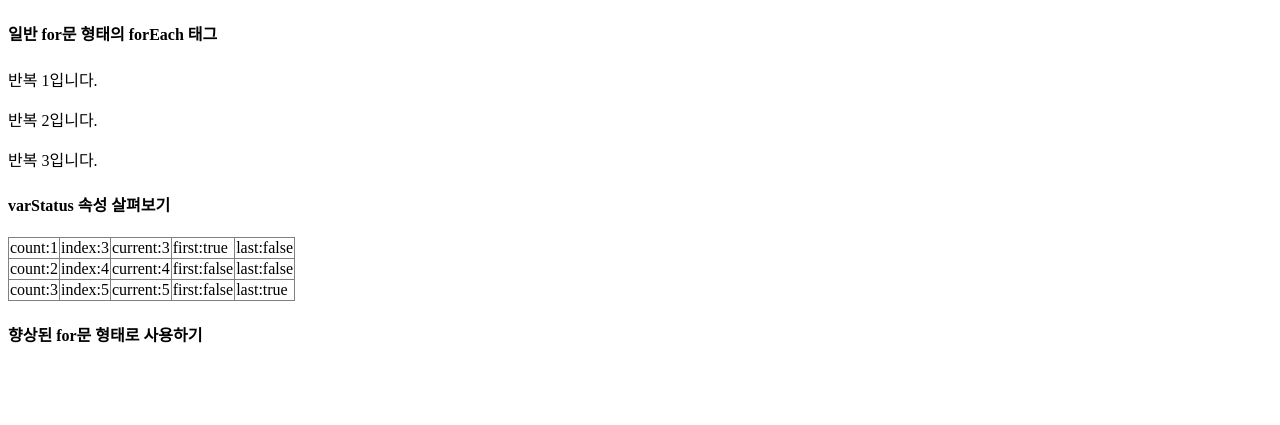
Repository: ahwaboin3/eclipse-workspace-jsp
Page: http://localhost/MustHaveJSP/JSTL/ForEachNormal.jsp
An editor plug-in stored every save of this project. The page is shown before and after the next save, followed by the edit.
The browser window is 1280 px wide. The pictures show the whole page.
The page is served by Tomcat 10.

Above is the page before, as saved 2025-05-23 01:28:19.

After the next save:
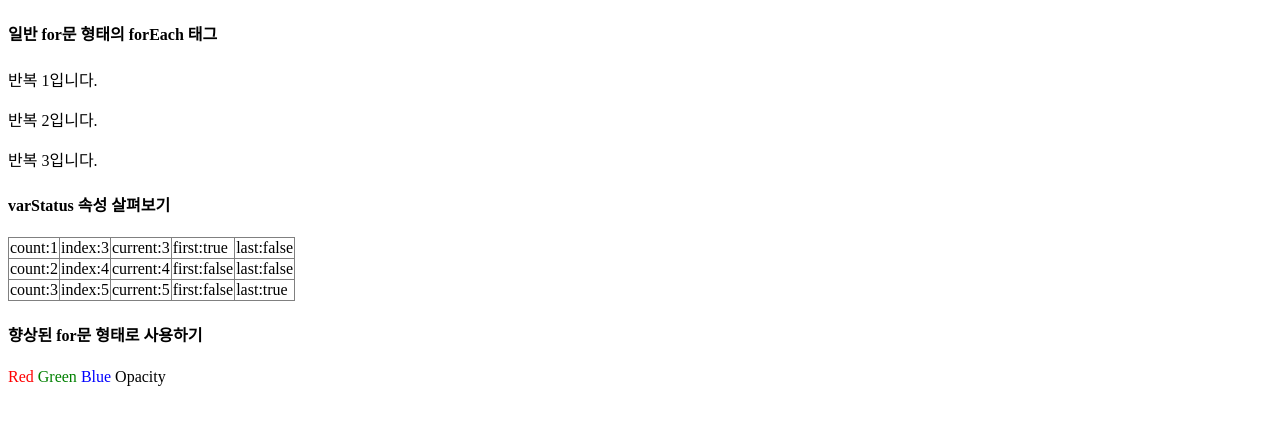
Saved 2 min 54 s later.
--- a/MustHaveJSP/src/main/webapp/JSTL/ForEachNormal.jsp
+++ b/MustHaveJSP/src/main/webapp/JSTL/ForEachNormal.jsp
@@ -54,5 +54,8 @@ last | 루프의 마지막일 때 true 반환 | 일반 for문과 동일함
 <%
 	String[] rgba={"Red","Green","Blue","Opacity"};
 %>
+<c:forEach	items="<%=rgba %>" var="s">
+	<span style="color:${s };">${s }</span>
+</c:forEach>
 </body>
 </html>
